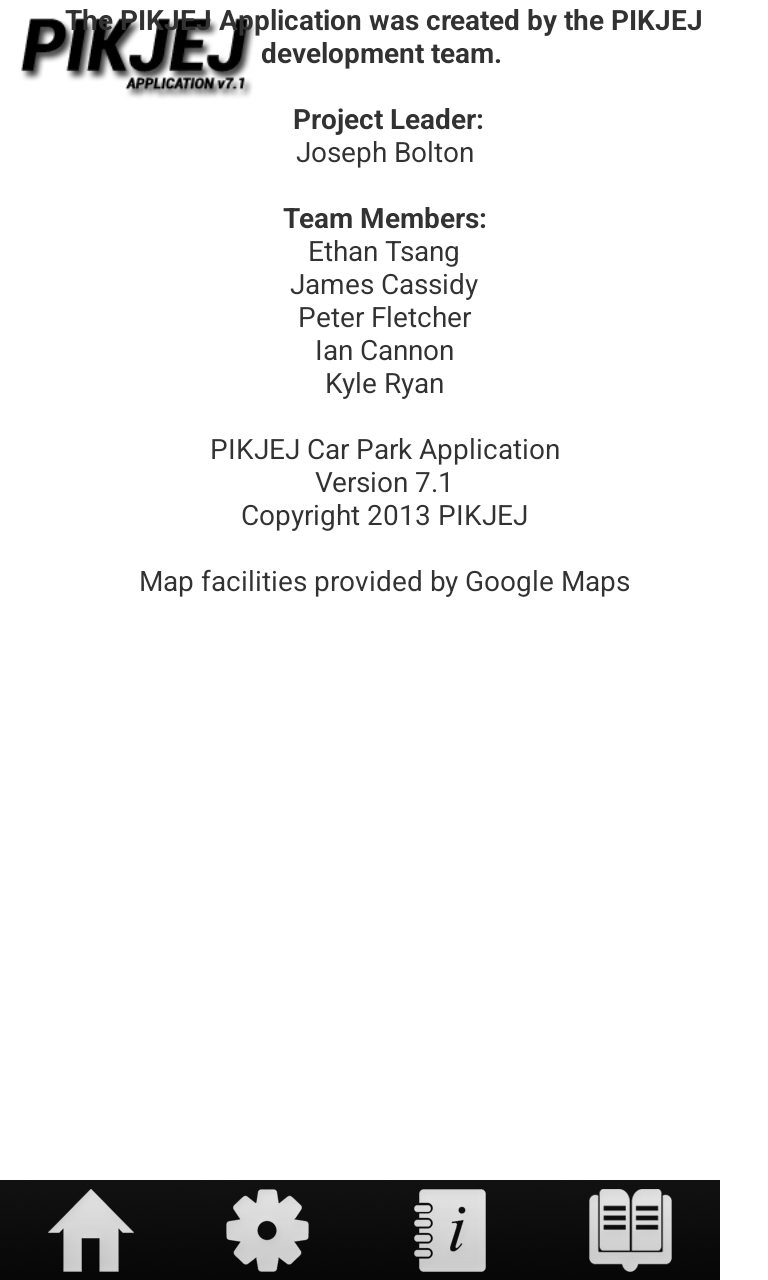
Repository: jo3bolton/PIKJEJ
Layout: PIKJEJ v7/PIKJEJ/res/layout/activity_about.xml
The author's editor kept a copy of each file at every save. The layout is drawn from the files as they stood at one save, then again after the next save.
It is drawn on a 768 x 1280 px phone screen (xhdpi) without system bars, with theme AppTheme; the app's code is not run.

Above is the layout before, as saved 2013-03-23 14:01:49.

After the next save:
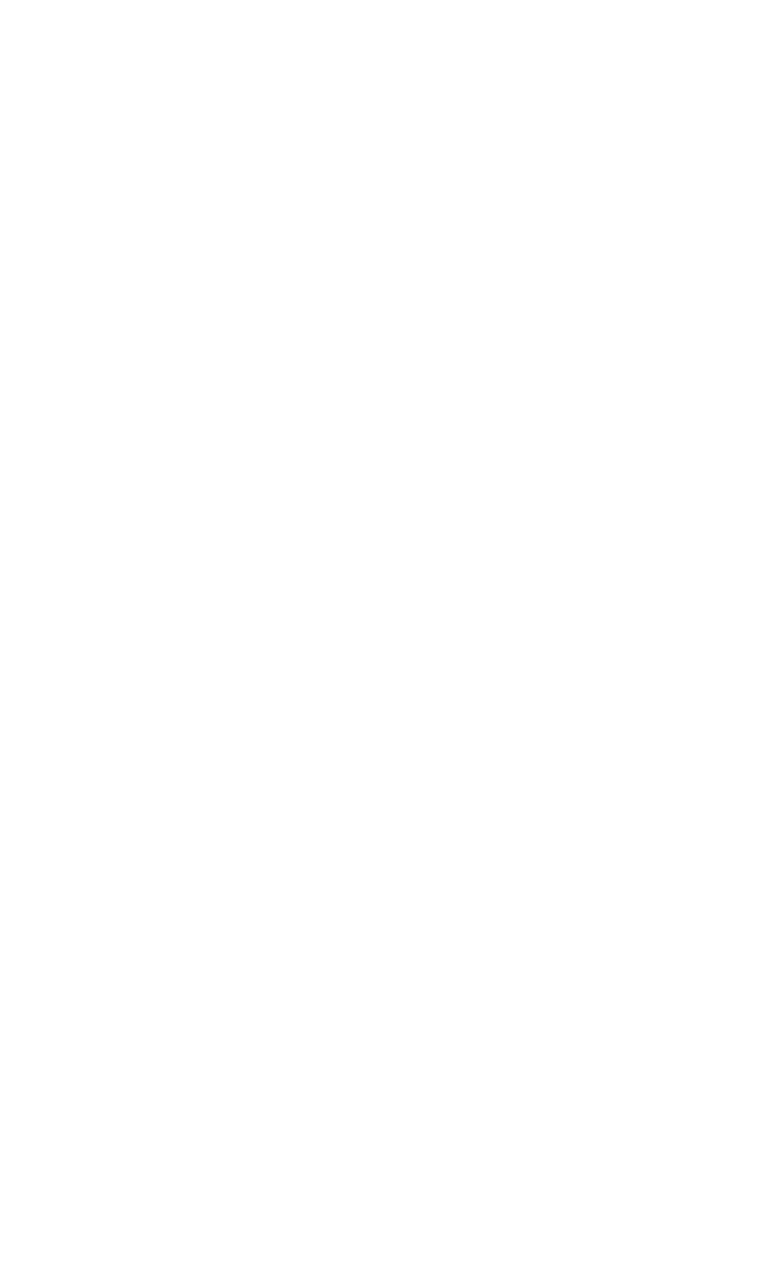
Saved 28 s later.
--- a/PIKJEJ v7/PIKJEJ/res/layout/activity_about.xml
+++ b/PIKJEJ v7/PIKJEJ/res/layout/activity_about.xml
@@ -52,7 +52,8 @@
     android:layout_width="wrap_content"
     android:layout_height="wrap_content"
     android:layout_alignParentLeft="true"
-    android:layout_alignParentRight="true" >
+    android:layout_alignParentRight="true"
+    android:layout_below="@+id/imageView1" >
     <TextView
         android:id="@+id/textView1"
         android:layout_width="wrap_content"

After the save that followed:
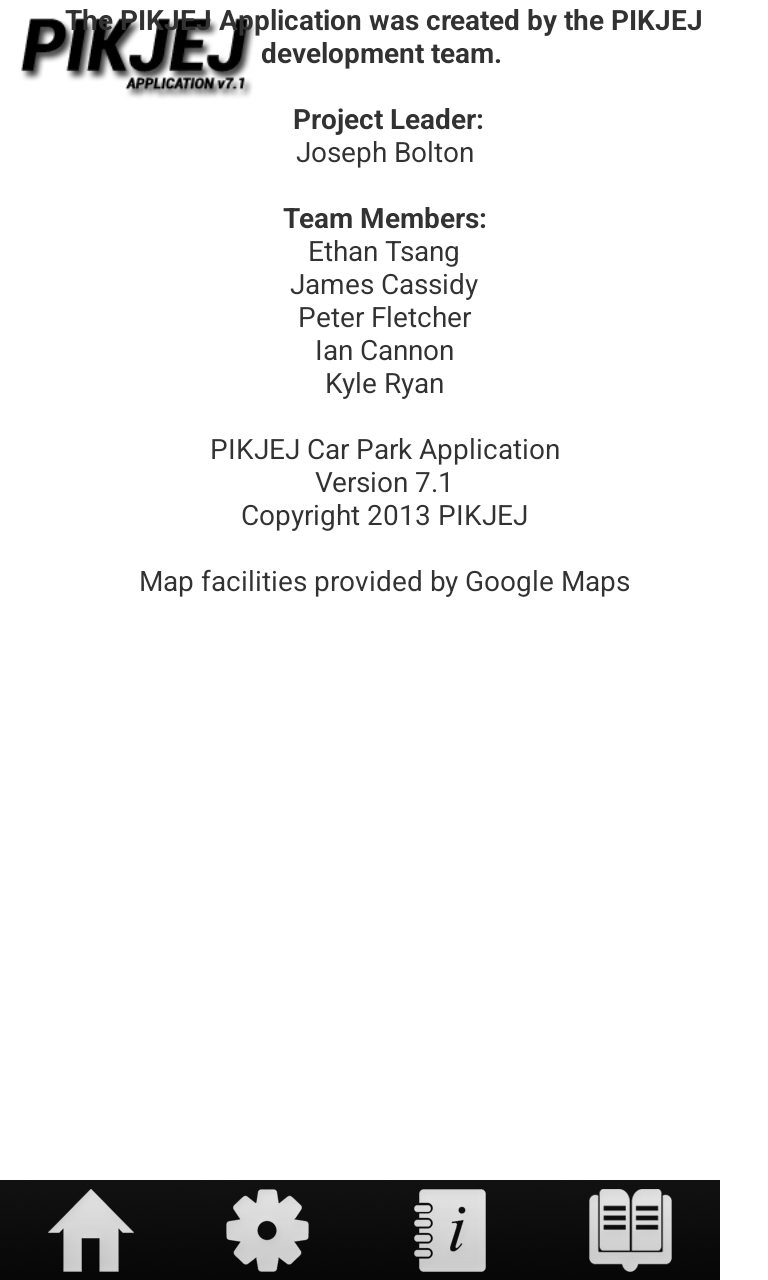
Saved 10 s later.
--- a/PIKJEJ v7/PIKJEJ/res/layout/activity_about.xml
+++ b/PIKJEJ v7/PIKJEJ/res/layout/activity_about.xml
@@ -53,7 +53,7 @@
     android:layout_height="wrap_content"
     android:layout_alignParentLeft="true"
     android:layout_alignParentRight="true"
-    android:layout_below="@+id/imageView1" >
+ >
     <TextView
         android:id="@+id/textView1"
         android:layout_width="wrap_content"
